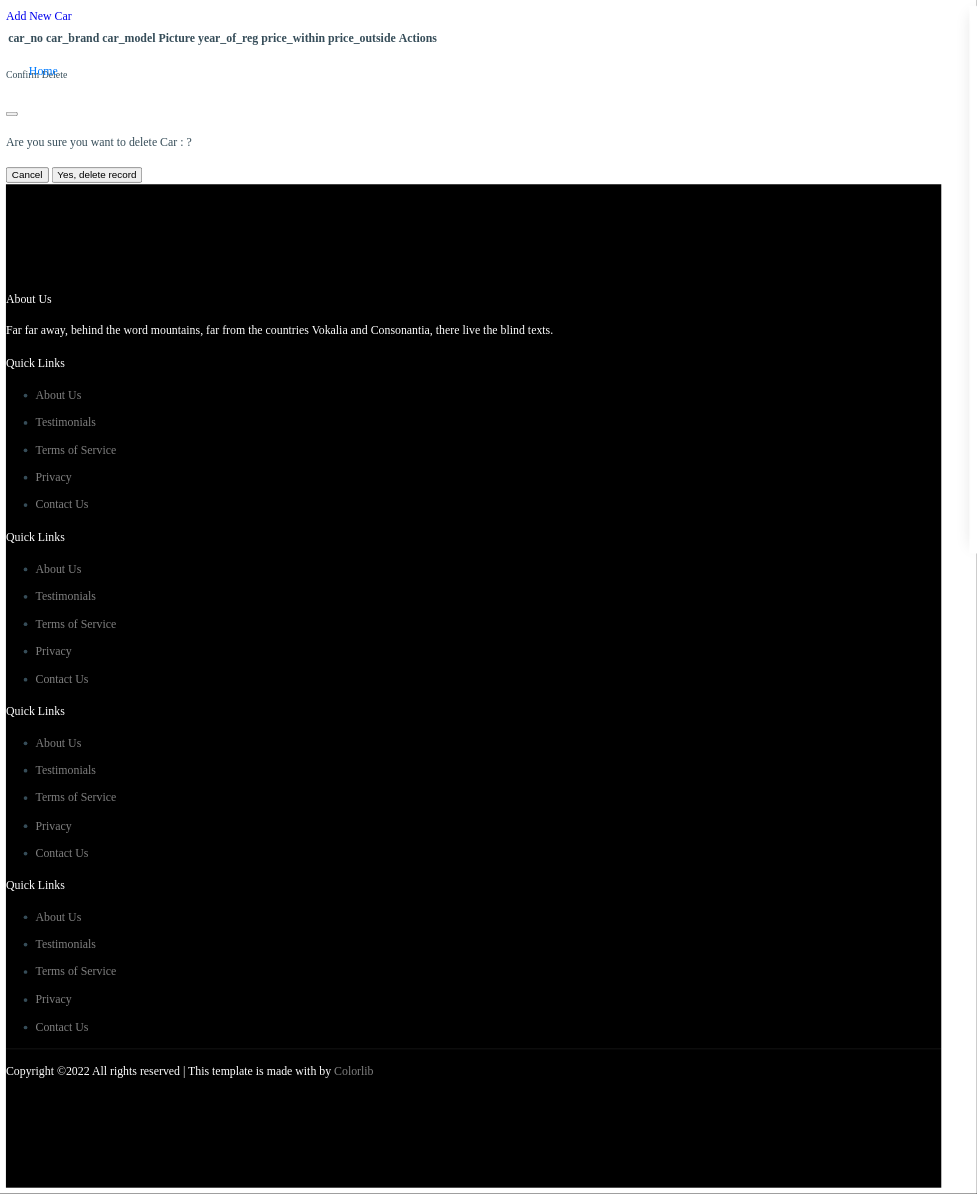
Repository: Cwills21/Aiti-dbc26.1-group-2
Page: http://localhost/cars
These files come from the project's save history. The page is drawn as it stood at one moment and after the next save; the edit follows.
The browser window is 1280 px wide. The page is 1320 px wide, then 1280 px, then 1320 px, so the pictures cover 1320 px, including what lies to the right of the window. The pictures show the whole page, at 74% of full size.
The page is served by the project's Laravel application, run on PHP 8.4 with Laravel 8. Queries for data that is not in the repository find no rows.

Above is the page before, as saved 2022-03-10 21:59:16.

After the next save:
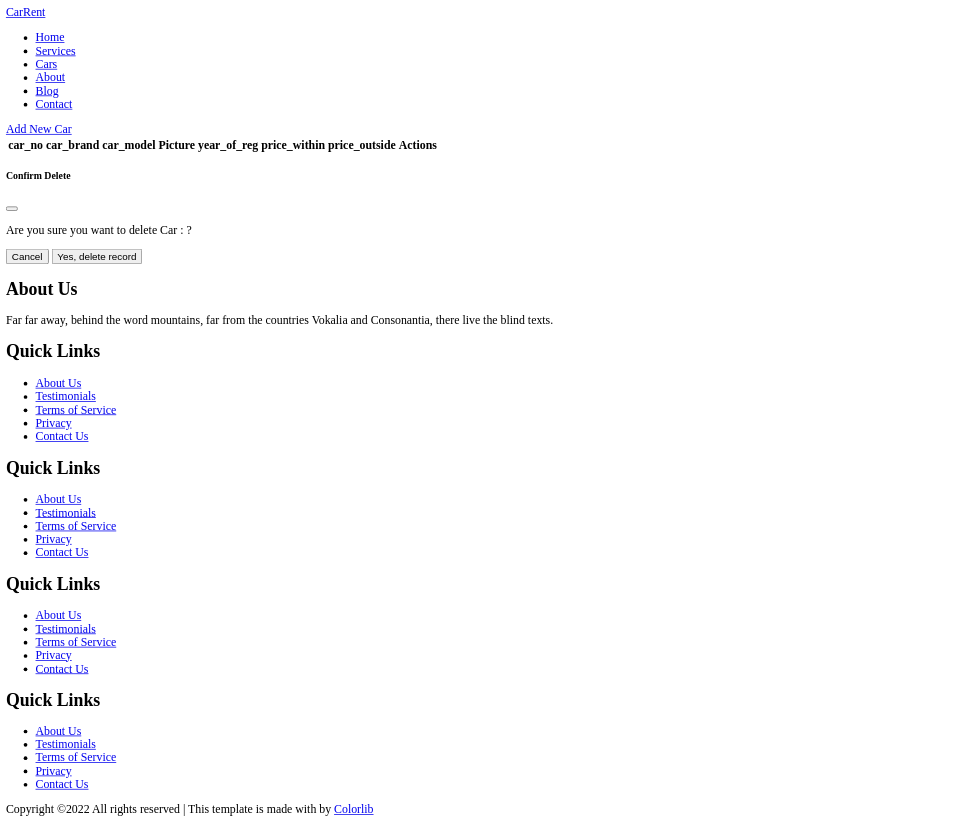
Saved 7 min 22 s later.
--- a/resources/views/layout/master.blade.php
+++ b/resources/views/layout/master.blade.php
@@ -10,16 +10,16 @@
 
     <link rel="stylesheet" href="fonts/icomoon/style.css">
 
-    <link rel="stylesheet" href="css/bootstrap.min.css">
-    <link rel="stylesheet" href="css/bootstrap-datepicker.css">
-    <link rel="stylesheet" href="css/jquery.fancybox.min.css">
-    <link rel="stylesheet" href="css/owl.carousel.min.css">
-    <link rel="stylesheet" href="css/owl.theme.default.min.css">
-    <link rel="stylesheet" href="fonts/flaticon/font/flaticon.css">
-    <link rel="stylesheet" href="css/aos.css">
+    <link rel="stylesheet" href="{{url('css/bootstrap.min.css')}}">
+    <link rel="stylesheet" href="{{url('css/bootstrap-datepicker.css')}}">
+    <link rel="stylesheet" href="{{url('css/jquery.fancybox.min.css')}}">
+    <link rel="stylesheet" href="{{url('css/owl.carousel.min.css')}}">
+    <link rel="stylesheet" href="{{url('css/owl.theme.default.min.css')}}">
+    <link rel="stylesheet" href="{{url('fonts/flaticon/font/flaticon.css')}}">
+    <link rel="stylesheet" href="{{url('css/aos.css')}}">
 
     <!-- MAIN CSS -->
-    <link rel="stylesheet" href="css/style.css">
+    <link rel="stylesheet" href="{{url('css/style.css">
 
   </head>
 

After the save that followed:
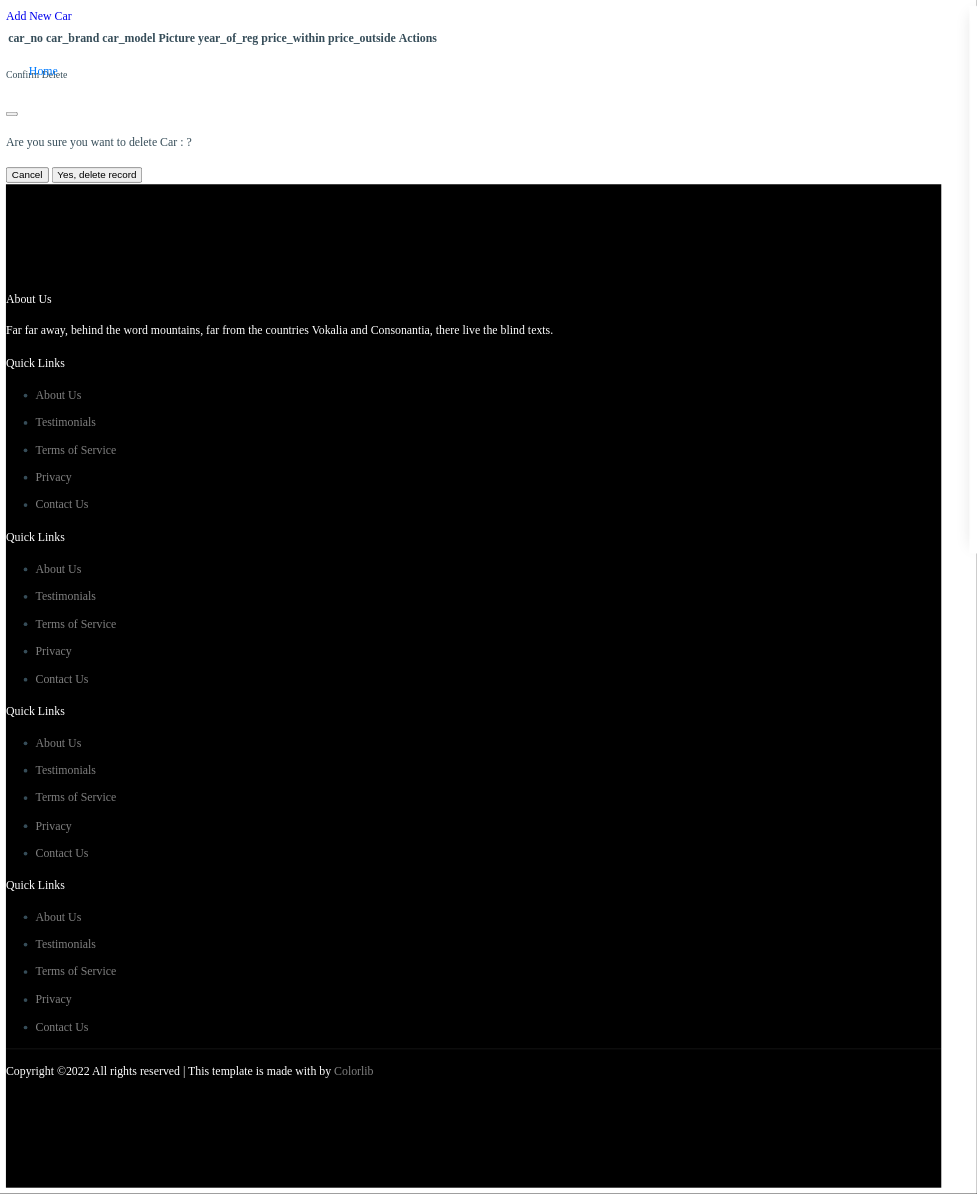
Saved 4 s later.
--- a/resources/views/layout/master.blade.php
+++ b/resources/views/layout/master.blade.php
@@ -19,7 +19,7 @@
     <link rel="stylesheet" href="{{url('css/aos.css')}}">
 
     <!-- MAIN CSS -->
-    <link rel="stylesheet" href="{{url('css/style.css">
+    <link rel="stylesheet" href="{{url('css/style.css')}}">
 
   </head>
 
